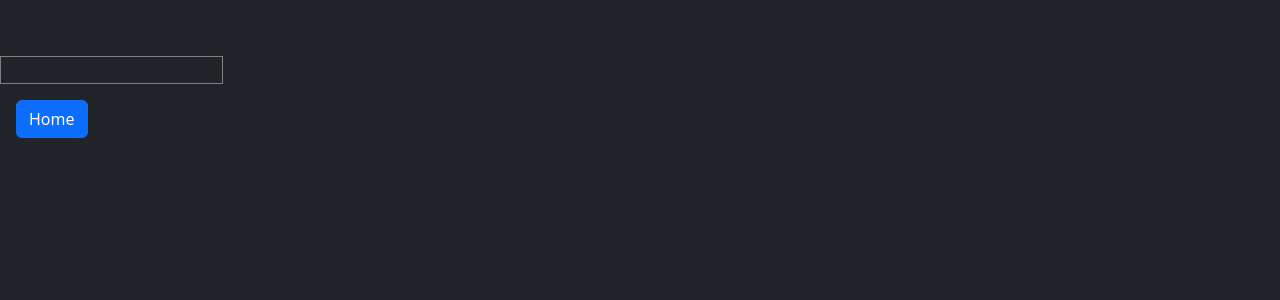
Repository: Jannis-Buschhaus/simplilearn-assessment-phase2
Page: http://localhost/FunfitWebapp/BatchController?target=viewBatch
An editor plug-in stored every save of this project. The page is shown before and after the next save, followed by the edit.
The browser window is 1280 px wide. The pictures show the whole page.
The page is served by Tomcat 9. Other server files are loaded and not shown. Queries for data that is not in the repository find no rows.

Above is the page before, as saved 2024-05-30 14:30:39.

### FunfitWebapp/src/main/webapp/viewBatch.jsp
<%@ page language="java" contentType="text/html; charset=UTF-8"
    pageEncoding="UTF-8"
    import="java.util.List,com.funfit.bean.Batch"
    %>
<%@ taglib prefix="c" uri="http://java.sun.com/jsp/jstl/core" %>
<!DOCTYPE html>
<html>
<head>
<meta charset="UTF-8">
<title>List of batches</title>
<link href="https://cdn.jsdelivr.net/npm/bootstrap@5.3.3/dist/css/bootstrap.min.css" rel="stylesheet" integrity="sha384-QWTKZyjpPEjISv5WaRU9OFeRpok6YctnYmDr5pNlyT2bRjXh0JMhjY6hW+ALEwIH" crossorigin="anonymous">
</head>
<body class="bg-dark">
	<script type="text/javascript">
		async function deleteBatch(batchId) {
			var result
			try {
				result = await fetch("/FunfitWebapp/BatchController?id="+batchId,  {
	    			method: 'DELETE'
	  			})
			} catch (e) {
				result = e
				console.log(result)
			} finally {
				window.location.replace("BatchController?target=viewBatch")
			}
		}

		function showUpdate(batchId, typeOfBatch, time) {
			document.getElementById("updateBatches").hidden = false
			document.getElementById("batchId").value = batchId
			document.getElementById("typeOfBatch").value = typeOfBatch
			document.getElementById("time").value = time
		}
	</script>
	<h1>List of Batches</h1>
	<table border="1">
		<tr>
			<th>ID</th><th>Type of Batch</th><th>time</th><th>action</th>
		</tr>
		<c:forEach items="${ sessionScope.batch }" var="batch">
			<tr>
				<td>${ batch.getBatchId() }</td>
				<td>${ batch.getTypeOfBatch() }</td>
				<td>${ batch.getTime() }</td>
				<td>
					<button onclick="deleteBatch(${ batch.getBatchId() })">delete</button>
					<button onclick="showUpdate(batchId=${ batch.getBatchId() }, typeOfBatch='${ batch.getTypeOfBatch() }', time='${ batch.getTime() }')">update</button>
				</td>
			</tr>
		</c:forEach>
	</table>
	<div hidden id="updateBatches">
		<h1>Update batch</h1>
		<form method="post" action="BatchController">
			<label for="batchId">Batch ID: </label>
				<input readonly type="text" name="batchId" id="batchId" /><br />
			<label for="typeOfBatch">Type of Batch: </label>
				<select name="typeOfBatch" id="typeOfBatch">
					<option value="morning">morning</option>
					<option value="evening">evening</option>
				</select><br />
			<label for="time">Time: </label>
				<select  id = "time" name="time">
				<% for(int i=1; i<=12; i++){ %>
					<option value="<%=i%>am"><%=i%> am</option>
				<% }%>
				<% for(int i=1; i<=12; i++){ %>
					<option value="<%=i%>pm"><%=i%> pm</option>
				<% }%>
				</select><br />
				<input type="radio" name="update" value="update" checked  hidden/>
				<button type="submit">Update Batch</button>
		</form>
	</div>
	<a  class="btn btn-primary m-3" href="index.jsp">Home</a>
</body>
</html>

### FunfitWebapp/src/main/java/com/funfit/controller/BatchController.java
package com.funfit.controller;

import java.io.IOException;
import java.io.PrintWriter;
import java.util.List;

import javax.servlet.RequestDispatcher;
import javax.servlet.ServletException;
import javax.servlet.annotation.WebServlet;
import javax.servlet.http.HttpServlet;
import javax.servlet.http.HttpServletRequest;
import javax.servlet.http.HttpServletResponse;
import javax.servlet.http.HttpSession;

import com.funfit.bean.Batch;
import com.funfit.service.BatchService;

@WebServlet("/BatchController")
public class BatchController extends HttpServlet {
	private static final long serialVersionUID = 1L;

    public BatchController() {
        super();
    }

	protected void doGet(HttpServletRequest request, HttpServletResponse response) throws ServletException, IOException {
		List<Batch> lb = BatchService.getBatch();
		PrintWriter pw = response.getWriter();
		HttpSession hs = request.getSession();
		hs.setAttribute("batch", lb);

		RequestDispatcher rd = request.getRequestDispatcher("viewBatch.jsp");
		rd.forward(request, response);
	}

	protected void doPost(HttpServletRequest request, HttpServletResponse response) throws ServletException, IOException {
		PrintWriter pw = response.getWriter();

		Batch bb = new Batch();
		bb.setTypeOfBatch(request.getParameter("typeOfBatch"));
		bb.setTime(request.getParameter("time"));

		response.setContentType("text/html");
		if(request.getParameter("update") != null) {
			bb.setBatchId(Integer.parseInt(request.getParameter("batchId")));
			RequestDispatcher rd = request.getRequestDispatcher("viewBatch.jsp");
			HttpSession hs = request.getSession();
			List<Batch> lb = BatchService.updateBatch(bb);
			if (lb != null) {
				hs.setAttribute("batch", lb);
				pw.println("Batch updated successfully.");
			} else {
				pw.println("Batch update unsuccessful");
			}
			rd.include(request, response);
		} else {
			RequestDispatcher rd = request.getRequestDispatcher("addBatch.jsp");

			pw.println(BatchService.addBatch(bb));
			rd.include(request, response);
		}
	}

	@Override
	protected void doPut(HttpServletRequest req, HttpServletResponse resp) throws ServletException, IOException {
		System.out.println("doPut called");
	}
	@Override
	protected void doDelete(HttpServletRequest req, HttpServletResponse resp) throws ServletException, IOException {
		int batchId = Integer.parseInt(req.getParameter("id"));
		PrintWriter pw = resp.getWriter();
		RequestDispatcher rd = req.getRequestDispatcher("viewBatch.jsp");
		resp.setContentType("text/html");
		pw.println(BatchService.deleteBatch(batchId));
		rd.include(req, resp);
	}

}

### FunfitWebapp/src/main/java/com/funfit/service/BatchService.java
package com.funfit.service;

import java.util.List;

import com.funfit.bean.Batch;
import com.funfit.dao.BatchDao;

public class BatchService {
	public static String addBatch(Batch batch) {
		if(BatchDao.addBatch(batch) > 0) {
			return "Batch details added.";
		} else {
			return "Batch details were not added.";
		}
	}

	public static List<Batch> getBatch(){
		return BatchDao.getBatch();
	}

	public static String deleteBatch(int batchId) {
		if(BatchDao.deleteBatch(batchId) > 0) {
			return "Batch "+batchId+"deleted successfully";
		} else {
			return "Unable to delete batchID: "+batchId;
		}
	}

	public static List<Batch> updateBatch(Batch b) {
		List<Batch> lb = BatchDao.updateBatch(b);
		if(lb != null) {
			return lb;
		} else {
			return null;
		}
	}
}

### FunfitWebapp/src/main/java/com/funfit/dao/BatchDao.java
package com.funfit.dao;

import java.sql.Connection;
import java.sql.PreparedStatement;
import java.sql.ResultSet;
import java.util.ArrayList;
import java.util.List;

import com.funfit.bean.Batch;
import com.funfit.resource.DbResource;

public class BatchDao {

		public static int addBatch (Batch batch) {
			try {
				Connection con = DbResource.getConnection();
				PreparedStatement pstmt = con.prepareStatement("insert into batch values(null, ?, ?);");
				pstmt.setString(1, batch.getTypeOfBatch());
				pstmt.setString(2, batch.getTime());
				return pstmt.executeUpdate();
			} catch (Exception e) {
				System.err.println(e.getMessage());
				return 0;
			}
		}
		public static List<Batch> getBatch(){
			try {
				List<Batch> lb = new ArrayList();
				Connection con = DbResource.getConnection();
				PreparedStatement pstmt = con.prepareStatement("select * from batch;");
				ResultSet rs = pstmt.executeQuery();
				while(rs.next()) {
					Batch b = new Batch();
					b.setBatchId(rs.getInt(1));
					b.setTypeOfBatch(rs.getString(2));
					b.setTime(rs.getString(3));
					lb.add(b);
				}
				return lb;
			} catch (Exception e) {
				System.err.println(e.getMessage());
				return null;
			}
		}
		public static int deleteBatch(int batchId) {
			try {
				Connection con = DbResource.getConnection();
				PreparedStatement pstmt = con.prepareStatement("delete from batch where batchId=?;");
				pstmt.setInt(1, batchId);
				return pstmt.executeUpdate();
			} catch (Exception e) {
				return 0;
			}

		}

		public static List<Batch> updateBatch(Batch b) {
			try {
				Connection con = DbResource.getConnection();
				PreparedStatement pstmt = con.prepareStatement("update batch set typeOfBatch=?, time=? where batchId=?;");
				pstmt.setString(1, b.getTypeOfBatch());
				pstmt.setString(2, b.getTime());
				pstmt.setInt(3, b.getBatchId());
				int result = pstmt.executeUpdate();
				if (result > 0) {
					List<Batch> lb = new ArrayList();
					PreparedStatement pstmt2 = con.prepareStatement("select * from batch;");
					ResultSet rs = pstmt2.executeQuery();
					while(rs.next()) {
						Batch bb = new Batch();
						bb.setBatchId(rs.getInt(1));
						bb.setTypeOfBatch(rs.getString(2));
						bb.setTime(rs.getString(3));
						lb.add(bb);
					}
					return lb;
				} else {
					return null;
				}
			} catch (Exception e) {
				return null;
			}
		}
}

### FunfitWebapp/src/main/java/com/funfit/resource/DbResource.java
package com.funfit.resource;

import java.sql.Connection;
import java.sql.DriverManager;

public class DbResource {
	public static Connection getConnection () {
		try {
			Class.forName("com.mysql.cj.jdbc.Driver");
			Connection con = DriverManager.getConnection("jdbc:mysql://10.99.0.2:3306/funfit_db", "remoteUser", "my_password");
			return con;
		} catch (Exception e) {
			System.err.println(e.getMessage());
			return null;
		}
	}
}

After the next save:
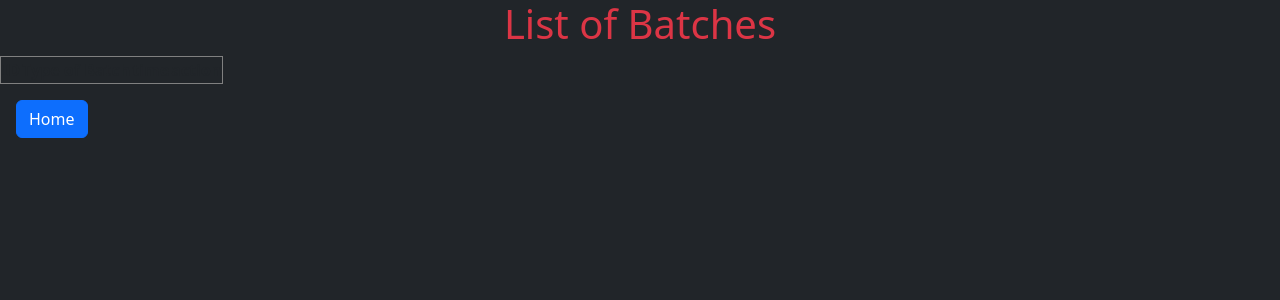
Saved 30 s later.
--- a/FunfitWebapp/src/main/webapp/viewBatch.jsp
+++ b/FunfitWebapp/src/main/webapp/viewBatch.jsp
@@ -33,7 +33,7 @@
 			document.getElementById("time").value = time
 		}
 	</script>
-	<h1>List of Batches</h1>
+	<h1 class="text-danger text-center">List of Batches</h1>
 	<table border="1">
 		<tr>
 			<th>ID</th><th>Type of Batch</th><th>time</th><th>action</th>
